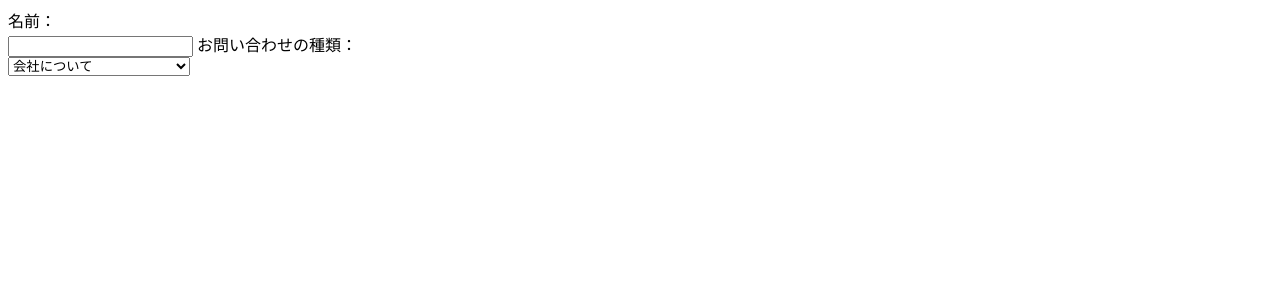
Repository: cha-git/test
Page: http://localhost/HelloServlet/inquiry.jsp
These files come from the project's save history. The page is drawn as it stood at one moment and after the next save; the edit follows.
The browser window is 1280 px wide. The pictures show the whole page.
The page is served by Tomcat 9. Other server files are loaded and not shown.

Above is the page before, as saved 2018-12-05 10:46:06.

### HelloServlet/WebContent/inquiry.jsp
<%@ page language="java" contentType="text/html; charset=UTF-8"
    pageEncoding="UTF-8"%>
<!DOCTYPE html PUBLIC "-//W3C//DTD HTML 4.01 Transitional//EN" "http://www.w3.org/TR/html4/loose.dtd">
<html>
<head>
<meta http-equiv="Content-Type" content="text/html; charset=UTF-8">
<title>お問い合わせフォーム</title>
</head>
<body>
	<form method="post" action="InquiryServlet">
		名前：<br> <input type="text"name="name">
		お問い合わせの種類：<br> <select name="qtype">
			<option value="company">会社について</option>
			<optoin value="product">製品について</optoin>
			<option value="support">アフターサポートについて</option>
			</select>
	</form>
</body>
</html>

After the next save:
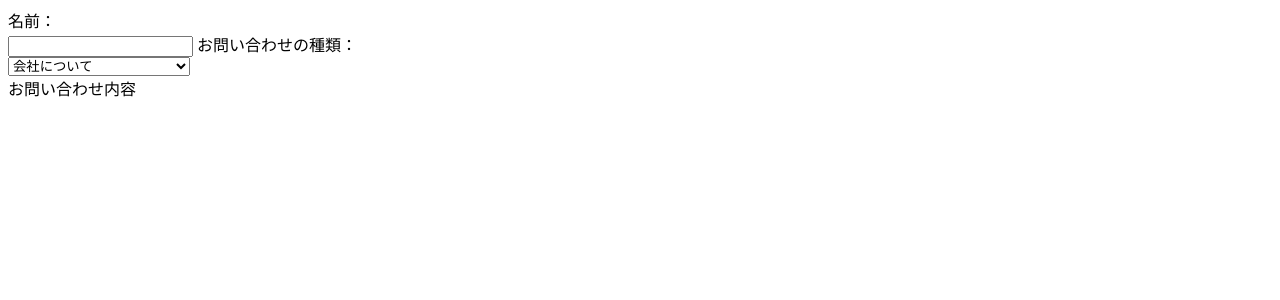
Saved 11 s later.
--- a/HelloServlet/WebContent/inquiry.jsp
+++ b/HelloServlet/WebContent/inquiry.jsp
@@ -14,6 +14,7 @@
 			<optoin value="product">製品について</optoin>
 			<option value="support">アフターサポートについて</option>
 			</select>
+			<br> お問い合わせ内容
 	</form>
 </body>
 </html>
